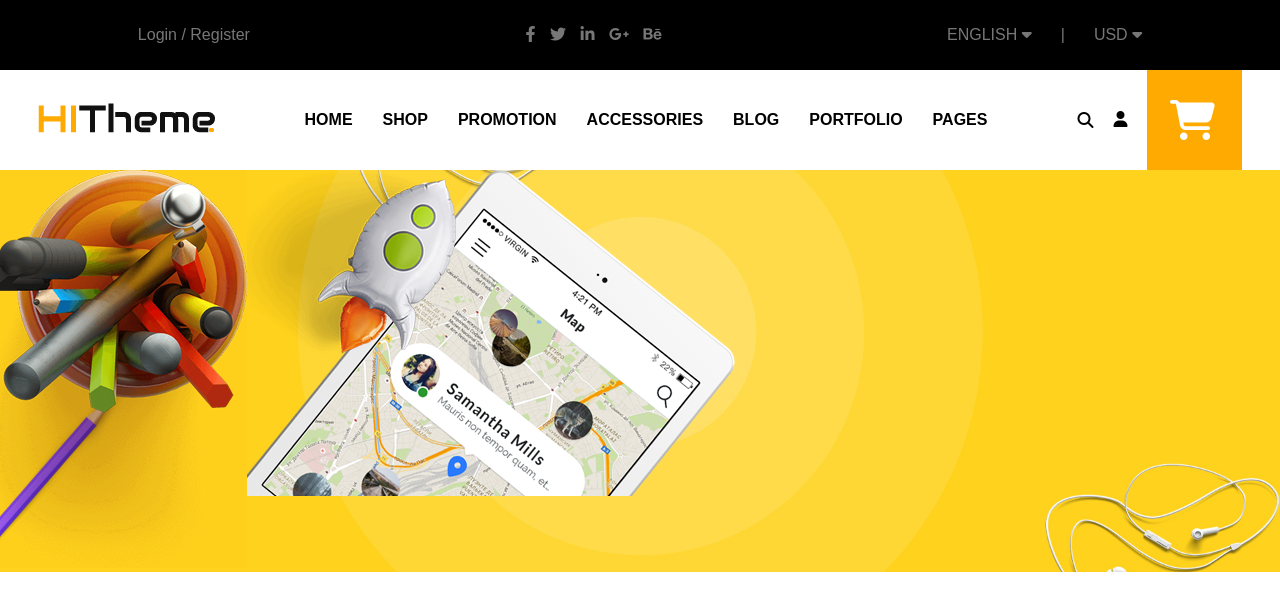
Repository: Thach1311/DU-AN-WEB-BAN-HANG-
Page: index1.html
The author's editor kept a copy of each file at every save. The page is drawn from the files as they stood at one save, then again after the next save.
The browser window is 1280 px wide. The pictures show the whole page.

Above is the page before, as saved 2023-02-23 17:29:31.

After the next save:
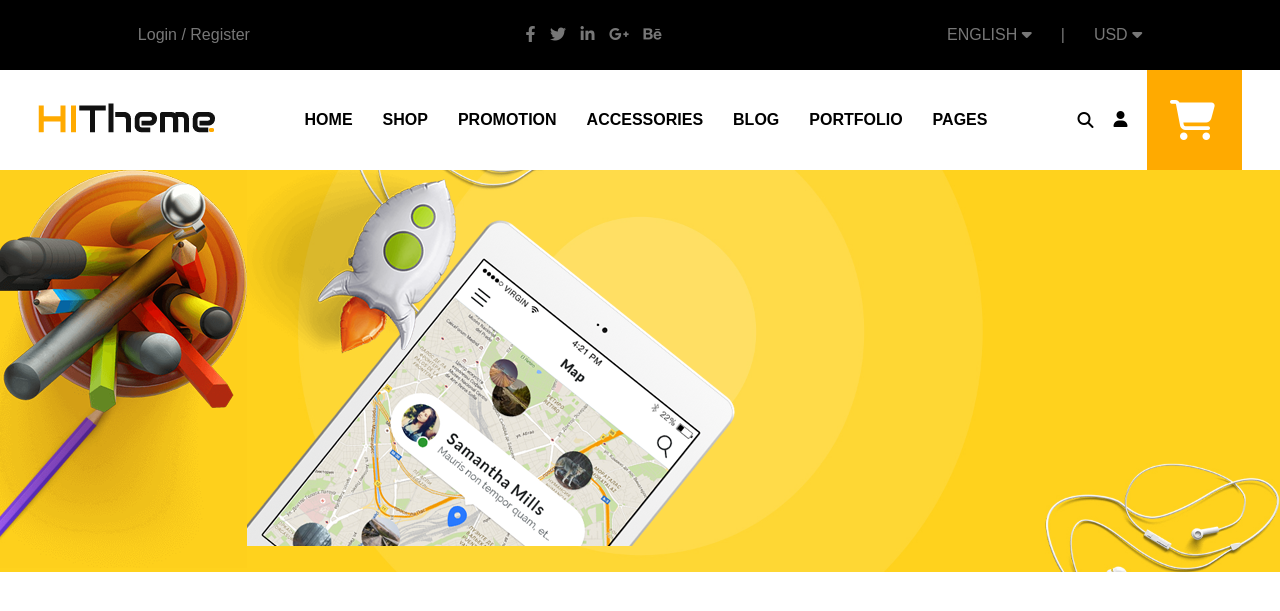
Saved 3 s later.
--- a/CSS/style1.css
+++ b/CSS/style1.css
@@ -620,7 +620,7 @@
 }
 .slide__bgMain-item2{
     position: absolute;
-    margin-top: ;
+    margin-top: 50px;
 }
 .slide__bgMain-item4{
     position: absolute;
